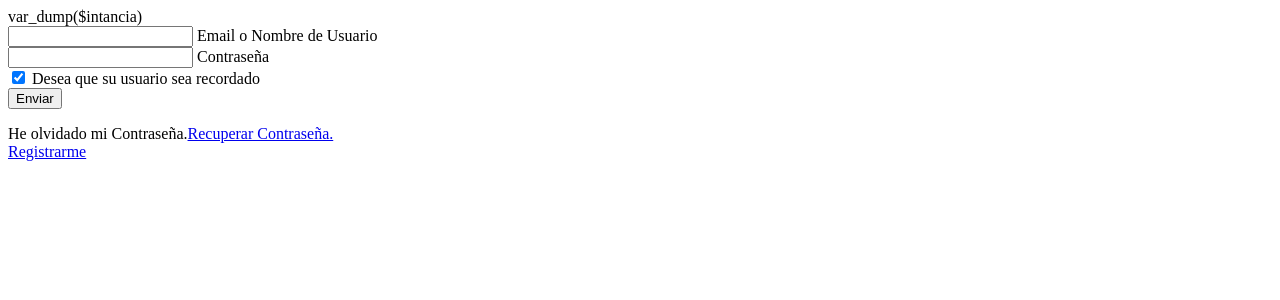
Repository: anderlss04/Blog
Page: http://localhost/View/login/forms/portada.php
These files come from the project's save history. The page is drawn as it stood at one moment and after a run of saves; the edit follows.
The browser window is 1280 px wide. The pictures show the whole page.
The page is run by PHP 8.4 with error messages shown; the project is at /var/www/html/.

Above is the page before, as saved 2022-11-14 12:36:14.

### View/login/forms/portada.php

<form action="" method="post">
    var_dump($intancia)

    <div class="form-outline mb-4">
        <input type="text" id="formUsername" class="form-control" />
        <label class="form-label" for="formUsername">Email o Nombre de Usuario </label>
    </div>

    <div class="form-outline mb-4">
        <input type="password" id="formPassWord" class="form-control" />
        <label class="form-label" for="formPassWord">Contraseña</label>
    </div>

    <div class="form-check d-flex justify-content-center mb-4">
        <input class="form-check-input me-2" type="checkbox" value="" id="formRecordar" checked />
        <label class="form-check-label" for="formRecordar">
            Desea que su usuario sea recordado
        </label>
    </div>

    <button type="submit" class="btn btn-primary btn-block mb-4">
        Enviar
    </button>

    <div class="text-center">
        <p class="font-weight-light">He olvidado mi Contraseña.<a href="recuperar.php">Recuperar Contraseña.</a><br>
        <a href="registrarse.php">Registrarme</a>
    </p>
    </div>
</form>

After the next 2 saves:
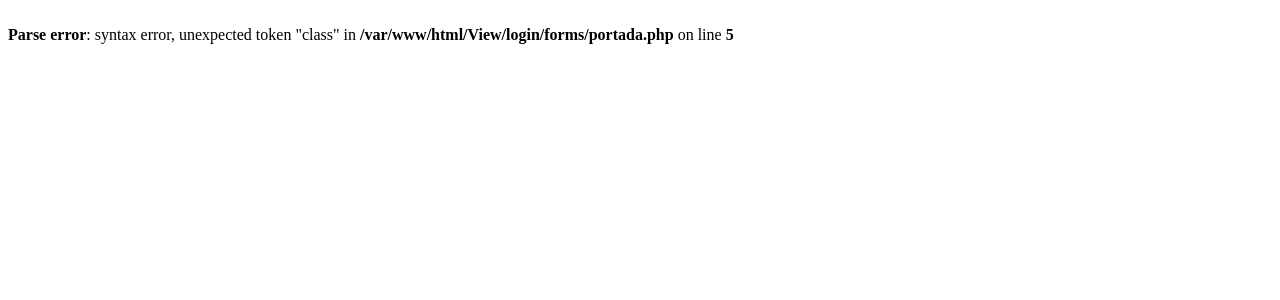
The 2 saves are shown as one change because they came seconds apart.
The last was saved 7 s later.
--- a/View/login/forms/portada.php
+++ b/View/login/forms/portada.php
@@ -1,6 +1,6 @@
 
 <form action="" method="post">
-    var_dump($intancia)
+   <?php var_dump($intancia)
 
     <div class="form-outline mb-4">
         <input type="text" id="formUsername" class="form-control" />
